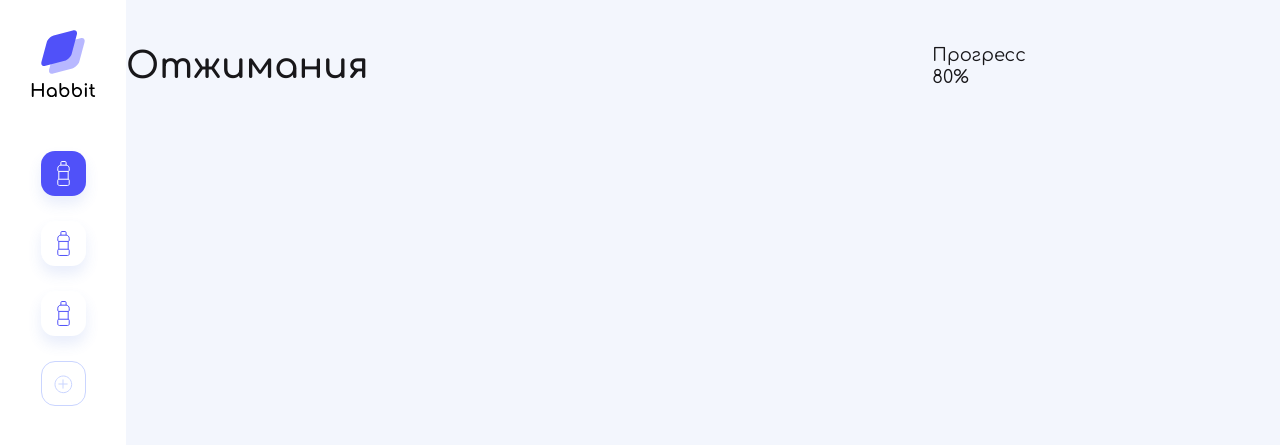
Repository: alexboagreek/hobbit
Page: index.html
These files come from the project's save history. The page is drawn as it stood at one moment and after a run of saves; the edit follows.
The browser window is 1280 px wide. The pictures show the whole page.

Above is the page before, as saved 2022-11-23 12:30:58.

After the next 2 saves:
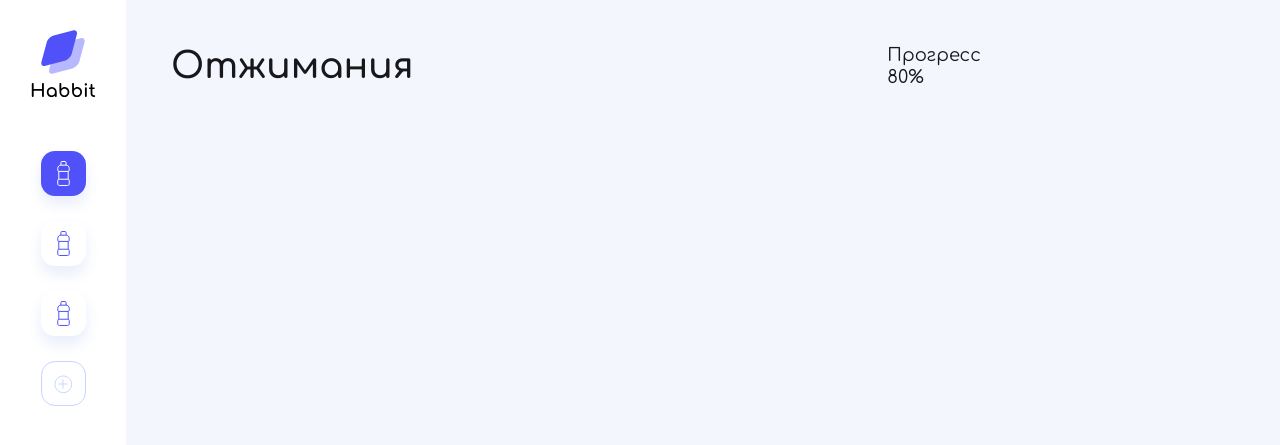
The 2 saves are shown as one change because they came seconds apart.
The last was saved 11 s later.
--- a/styles/style.css
+++ b/styles/style.css
@@ -72,7 +72,7 @@
 }
 .content {
     min-width: 900px;
-    margin-top: 45px;
+    padding: 45px;
 }
 .header {
     display: flex;
